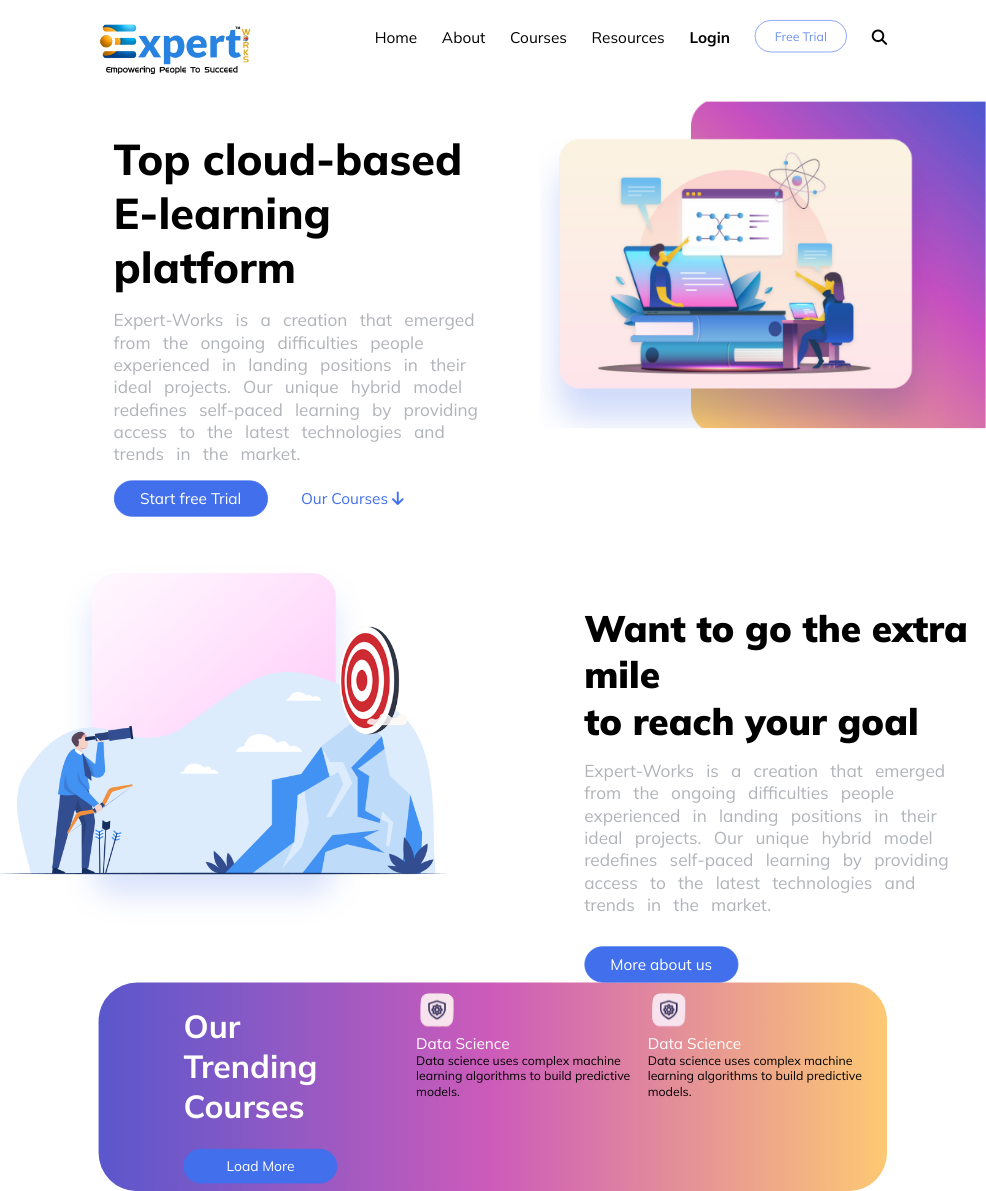
Repository: FlyweisReact/Raghu-B2C
Page: /homePage
These files come from the project's save history. The page is drawn as it stood at one moment and after the next save; the edit follows.
The browser window is 1280 px wide. The pictures show the whole page, at 77% of full size.
Some web libraries are served in a nearby version. The project was rebuilt for these pictures with package versions that can differ from the ones it lists, and the page was loaded fresh each time. Also part of the build but not shown: src/Footer/footer.scss, src/Footer/Footer.jsx, src/component/pages/courses/course.scss, src/component/Navbar/nav.scss, src/component/Navbar/Nav.jsx, src/component/navigation/NavItems.js, src/component/navigation/Dropdown.css, src/component/navigation/Dropdown.js and 43 more.

Above is the page before, as saved 2023-02-03 16:11:03.

After the next save:
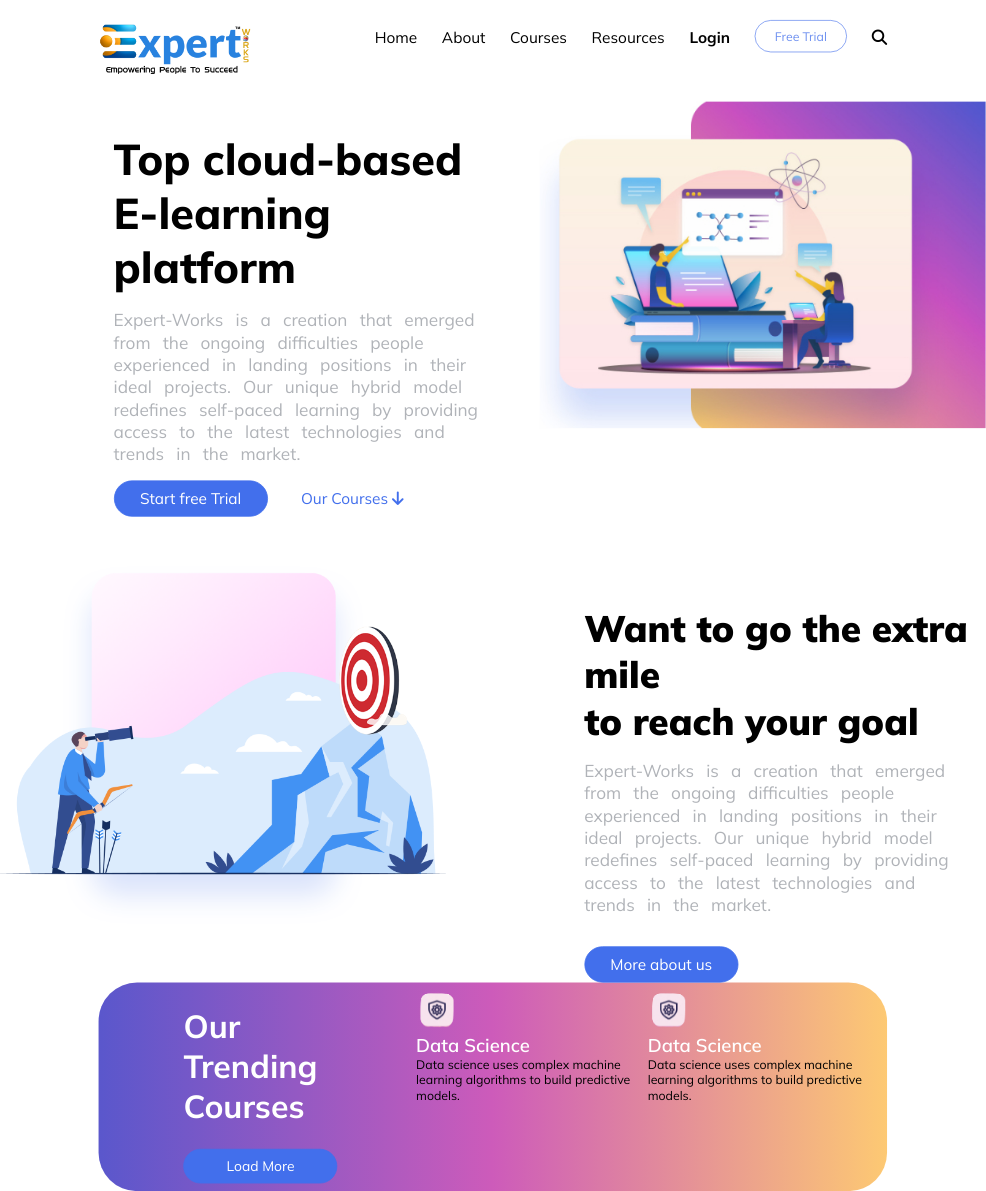
Saved 10 s later.
--- a/src/HomePage.css
+++ b/src/HomePage.css
@@ -139,5 +139,6 @@
 }
 .centerMainDiv .right .group div .head{
     color: #fff;
-    font-size: 20px;
+    font-size: 24px;
+    font-weight: 600;
 }
